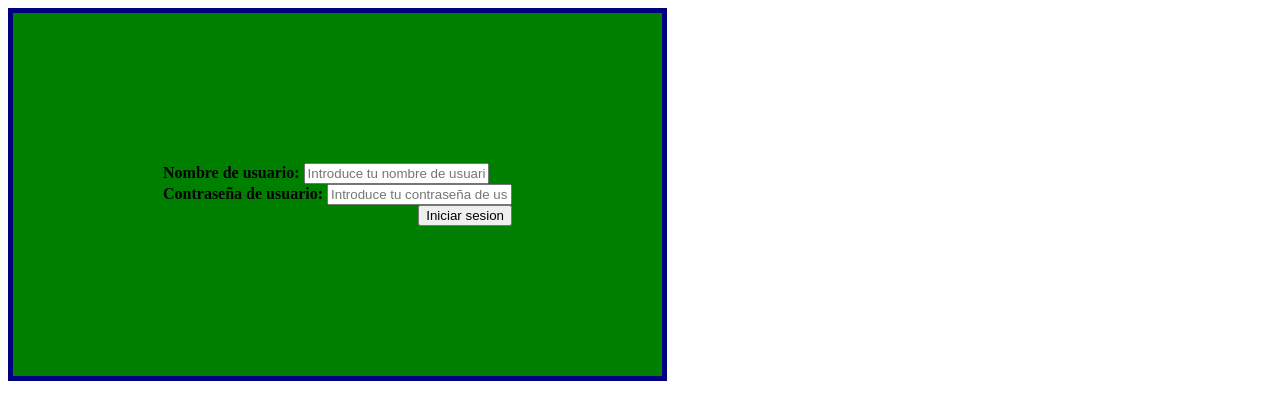
Repository: angegon/Developing-Applications-for-the-Java-EE-Platform
Page: javaee/08_ejemplo_fordward_login/WebContent/login.html
These files come from the project's save history. The page is drawn as it stood at one moment and after the next save; the edit follows.
The browser window is 1280 px wide. The pictures show the whole page.

Above is the page before, as saved 2016-12-21 16:00:39.

### javaee/08_ejemplo_fordward_login/WebContent/login.html
<!DOCTYPE html>
<html>
<head>
<meta charset="ISO-8859-1">
<title>Insert title here</title>
</head>
<body>

<form action="comprobarPassword" method="post">
<div style="float:left; background-color: green; padding: 150px 150px 150px 150px; border: 5px solid navy">

	<div>
	<b>Nombre de usuario:</b> <input type="text" name="usuario" placeholder="Introduce tu nombre de usuario"/>
	</br>
	<b>Contraseña de usuario: </b><input type="password" name="password" placeholder="Introduce tu contraseña de usuario"/>
	</br>
	</div>

	<div style="float:right">
	<input type="submit" value="Iniciar sesion"/>
	</div>
</div>

</form>
</body>
</html>

After the next save:
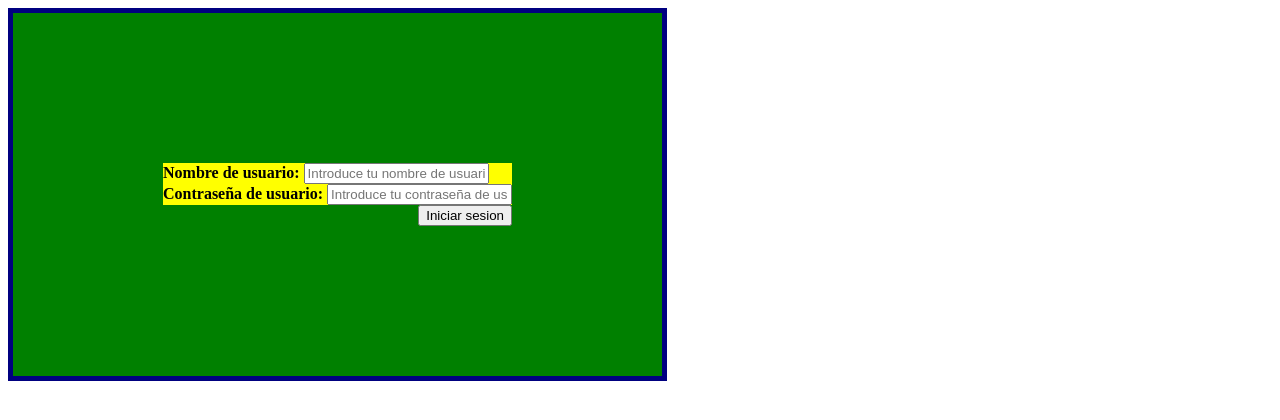
Saved 19 s later.
--- a/javaee/08_ejemplo_fordward_login/WebContent/login.html
+++ b/javaee/08_ejemplo_fordward_login/WebContent/login.html
@@ -9,7 +9,7 @@
 <form action="comprobarPassword" method="post">
 <div style="float:left; background-color: green; padding: 150px 150px 150px 150px; border: 5px solid navy">
 
-	<div>
+	<div style="background-color: yellow">
 	<b>Nombre de usuario:</b> <input type="text" name="usuario" placeholder="Introduce tu nombre de usuario"/>
 	</br>
 	<b>Contraseña de usuario: </b><input type="password" name="password" placeholder="Introduce tu contraseña de usuario"/>
